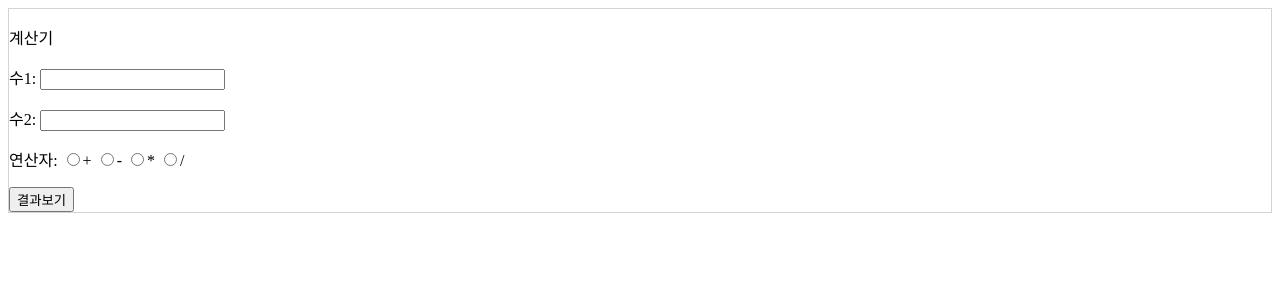
Repository: Kebiskim/2023_jspStudy
Page: 01_servlet/src/main/webapp/view/Ex07.html
The author's editor kept a copy of each file at every save. The page is drawn from the files as they stood at one save, then again after a run of saves.
The browser window is 1280 px wide. The pictures show the whole page.

Above is the page before, as saved 2023-06-30 04:09:53.

After the next 2 saves:
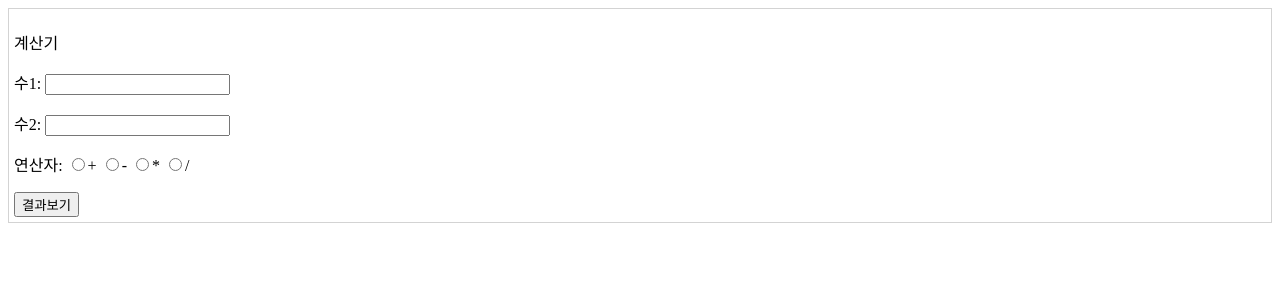
The 2 saves are shown as one change because they came seconds apart.
The last was saved 20 s later.
--- a/01_servlet/src/main/webapp/view/Ex07.html
+++ b/01_servlet/src/main/webapp/view/Ex07.html
@@ -6,7 +6,9 @@
 <style type="text/css">
 	#border1{
 	  width : auto;
+	  height: auto;
 	  border: 1px solid lightgray;
+	  padding: 5px;
 	}
 </style>
 </head>
